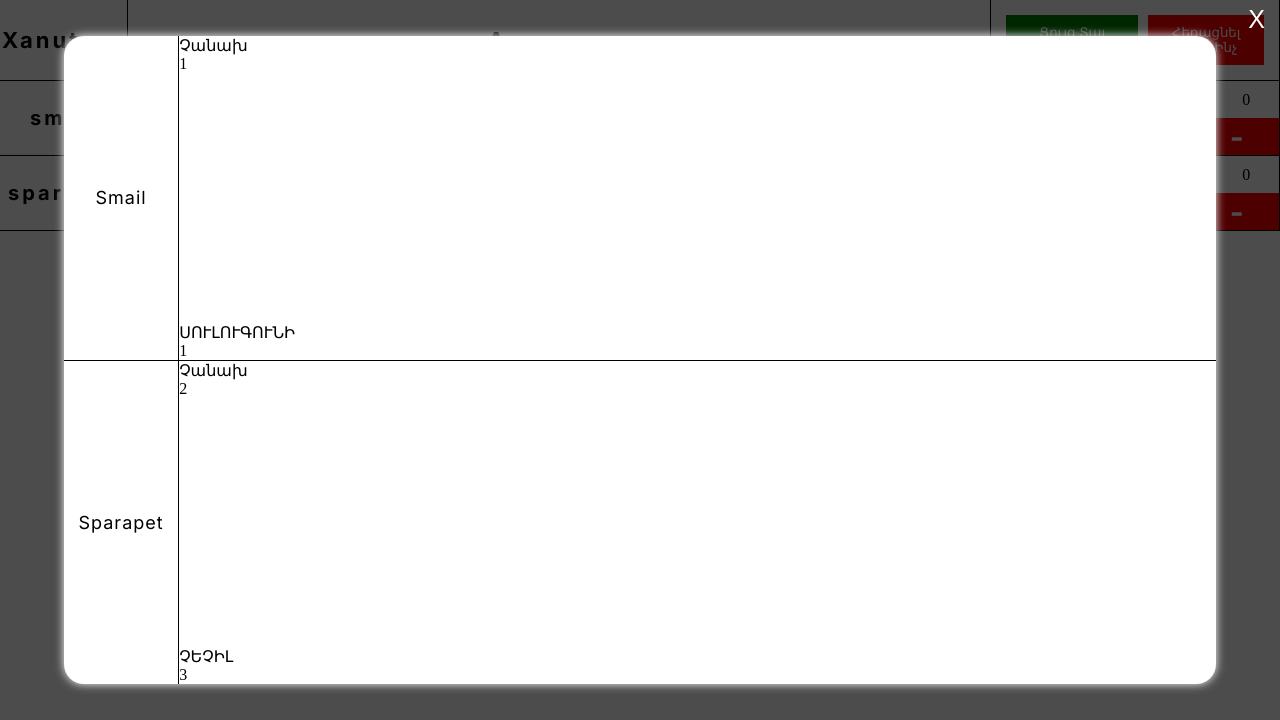
Repository: AbApin/amasia
Page: /
The author's editor kept a copy of each file at every save. The page is drawn from the files as they stood at one save, then again after the next save.
The browser window is 1280 px wide. The pictures show the whole page.
The project was rebuilt for these pictures with package versions that can differ from the ones it lists, and the page was loaded fresh each time. Also part of the build but not shown: vue.config.js.

Above is the page before, as saved 2023-01-28 17:19:02.

After the next save:
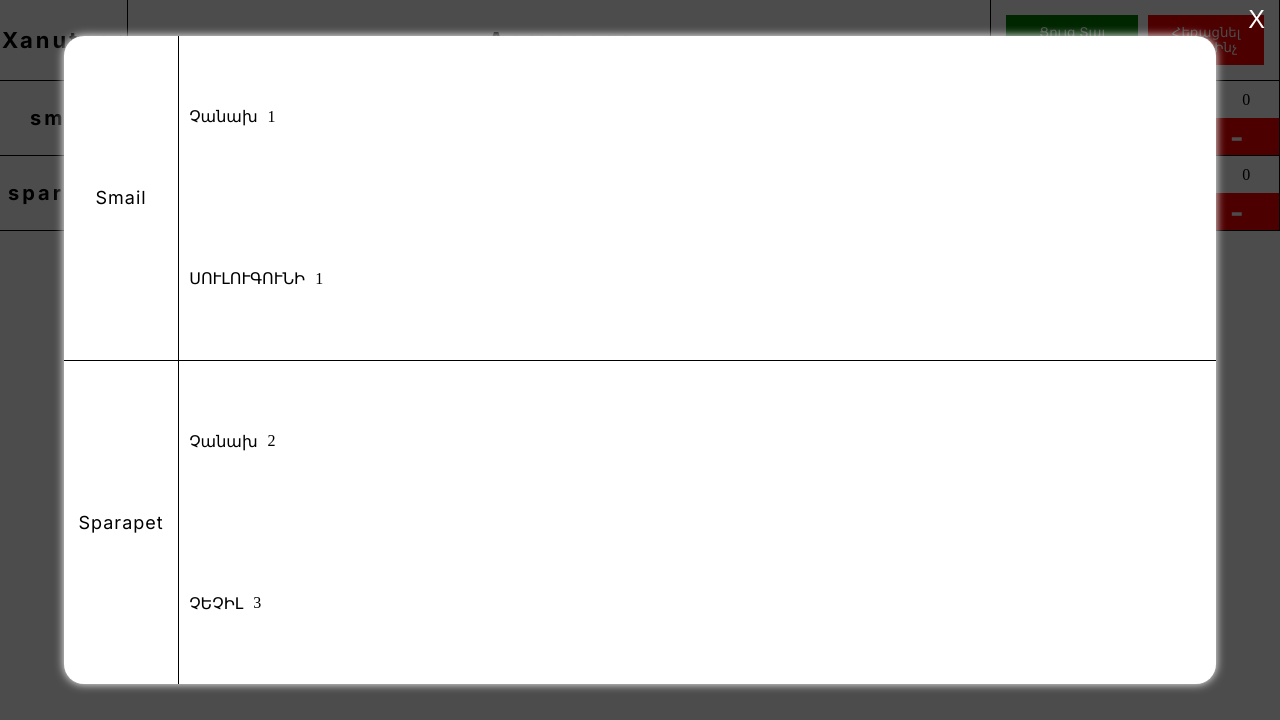
Saved 119 s later.
--- a/src/App.vue
+++ b/src/App.vue
@@ -298,6 +298,14 @@ ul {
   flex-direction: column;
   justify-content: space-between;
 }
+li.endhanurApranqneriListItem {
+  display: flex;
+  gap: 10px;
+  flex: 1 1 0;
+  align-items: center;
+  justify-content: flex-start;
+  padding: 10px;
+}
 .closeBtn {
   display: inline-block;
   color: #fff;
